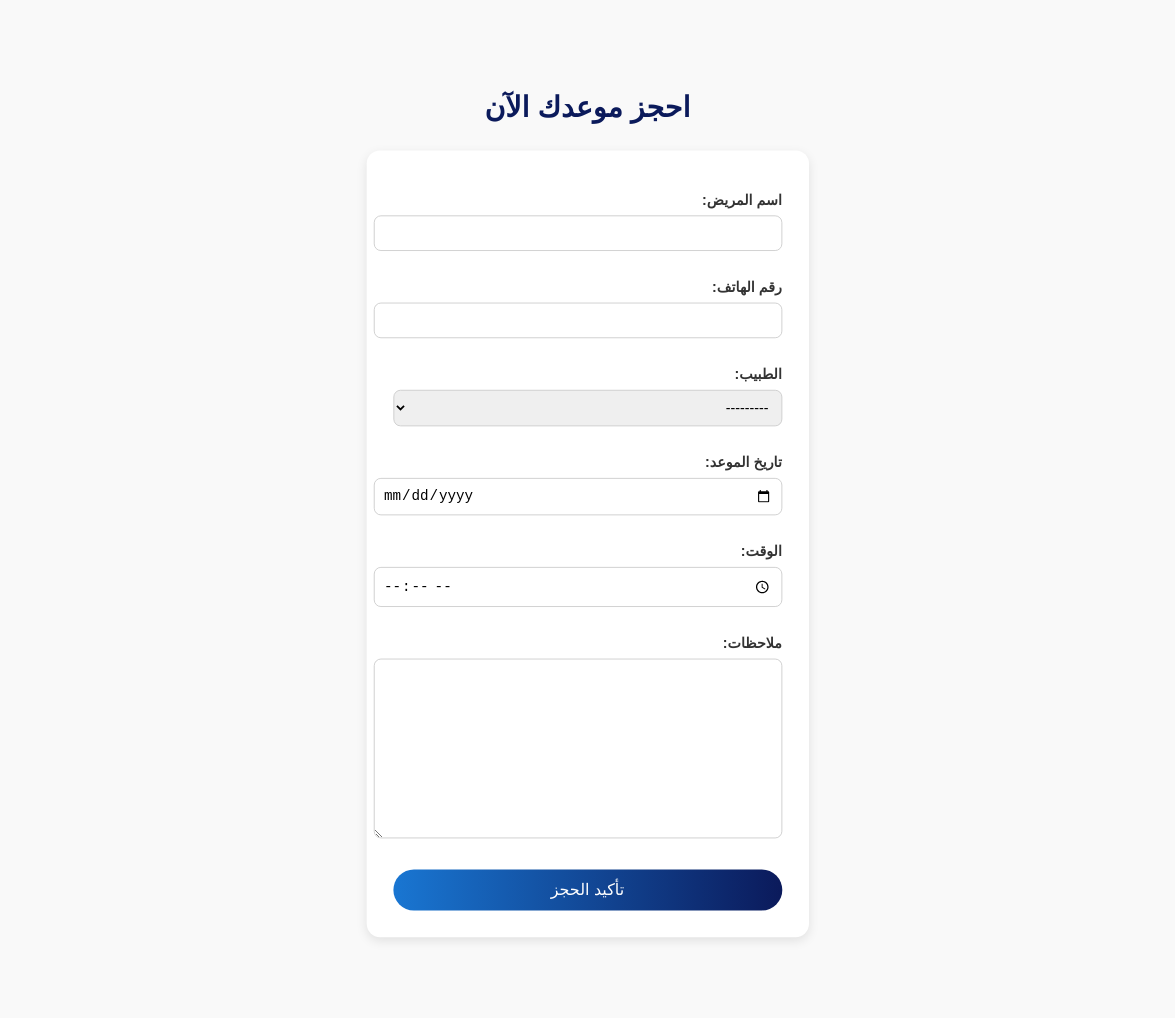
Repository: mysite4/s
Page: http://localhost/booking/?doctor=Reem
An editor plug-in stored every save of this project. The page is shown before and after the next save, followed by the edit.
The browser window is 1280 px wide. The page is 1320 px wide, then 1280 px, then 1320 px, so the pictures cover 1320 px, including what lies to the right of the window. The pictures show the whole page, at 89% of full size.
Some web fonts or font styles are not loaded; a fallback is used. The page is served by the project's application, run on Django 5.2 (manage.py). Other server files are loaded and not shown. The page reads the database file committed with the project.

Above is the page before, as saved 2025-10-25 16:16:29.

### main/templates/booking.html
{% load static %}
<!DOCTYPE html>
<html lang="ar" dir="rtl">
<head>
  <meta charset="UTF-8">
  <meta name="viewport" content="width=device-width, initial-scale=1.0">
  <title>احجز موعدك</title>
  <link href="https://fonts.googleapis.com/css2?family=Cairo:wght@200..1000&display=swap" rel="stylesheet">
  <link rel="stylesheet" href="{% static 'css/style.css' %}">
  <style>
    body {
      font-family: 'Cairo', sans-serif;
      background-color: #f9f9f9;
      text-align: center;
      padding: 80px 20px;
    }
    h1 {
      color: #0b1a5b;
      margin-bottom: 30px;
    }
    form {
      max-width: 500px;
      margin: 0 auto;
      background: #fff;
      padding: 30px;
      border-radius: 15px;
      box-shadow: 0 4px 12px rgba(0,0,0,0.1);
      text-align: right;
    }
    label {
      display: block;
      margin-bottom: 8px;
      font-weight: bold;
      color: #333;
    }
    input, select, textarea {
      width: 100%;
      padding: 10px;
      margin-bottom: 15px;
      border: 1px solid #ccc;
      border-radius: 8px;
      font-size: 16px;
    }
    button {
      background: linear-gradient(to right, #1976d2, #0b1a5b);
      color: white;
      padding: 12px 25px;
      border: none;
      border-radius: 30px;
      cursor: pointer;
      transition: 0.3s;
      font-size: 18px;
      width: 100%;
    }
    button:hover {
      background: linear-gradient(to right, #0b1a5b, #1976d2);
    }
  </style>
</head>
<body>

  <h1>احجز موعدك الآن</h1>
  <form method="POST">
    {% csrf_token %}
    {{ form.as_p }}
    <button type="submit">تأكيد الحجز</button>
  </form>

</body>
</html>

### main/forms.py
from django import forms
from .models import Appointment

class AppointmentForm(forms.ModelForm):
    class Meta:
        model = Appointment
        fields = ['name', 'phone', 'doctor', 'date', 'time', 'message']
        widgets = {
            'date': forms.DateInput(attrs={'type': 'date'}),
            'time': forms.TimeInput(attrs={'type': 'time'}),
        }

### main/models.py
from django.db import models

class Doctor(models.Model):
    name = models.CharField(max_length=100)
    specialty = models.CharField(max_length=100)

    def __str__(self):
        return f"{self.name} - {self.specialty}"


class Appointment(models.Model):
    name = models.CharField(max_length=100, verbose_name="اسم المريض")
    phone = models.CharField(max_length=20, verbose_name="رقم الهاتف")
    doctor = models.ForeignKey(Doctor, on_delete=models.CASCADE, verbose_name="الطبيب")
    date = models.DateField(verbose_name="تاريخ الموعد")
    time = models.TimeField(verbose_name="الوقت")
    message = models.TextField(blank=True, null=True, verbose_name="ملاحظات")

    def __str__(self):
        return f"موعد {self.name} مع {self.doctor.name} بتاريخ {self.date}"

### main/views.py
from django.shortcuts import render

def home(request):
    return render(request, 'home.html')
from django.shortcuts import render

def booking_page(request):
    return render(request, 'booking.html')
from django.shortcuts import render, redirect
from .forms import AppointmentForm

def booking_page(request):
    if request.method == 'POST':
        form = AppointmentForm(request.POST)
        if form.is_valid():
            form.save()
            return render(request, 'booking_success.html')
    else:
        form = AppointmentForm()
    return render(request, 'booking.html', {'form': form})

### mysite/urls.py
"""
URL configuration for mysite project.

The `urlpatterns` list routes URLs to views. For more information please see:
    https://docs.djangoproject.com/en/5.2/topics/http/urls/
Examples:
Function views
    1. Add an import:  from my_app import views
    2. Add a URL to urlpatterns:  path('', views.home, name='home')
Class-based views
    1. Add an import:  from other_app.views import Home
    2. Add a URL to urlpatterns:  path('', Home.as_view(), name='home')
Including another URLconf
    1. Import the include() function: from django.urls import include, path
    2. Add a URL to urlpatterns:  path('blog/', include('blog.urls'))
"""
from django.contrib import admin
from django.urls import path, include

urlpatterns = [
    path('admin/', admin.site.urls),
    path('', include('main.urls')),
]

### main/urls.py
from django.urls import path
from . import views

urlpatterns = [
    path('', views.home, name='home'),
    path('booking/', views.booking_page, name='booking_page'),
]

### main/static/css/style.css
/* إعدادات عامة */
html, body {
  margin: 0;
  padding: 0;
  width: 100%;
  min-height: 100%;
  font-family: 'Cairo', sans-serif;
  background-color: #f9f9f9;
  display: flex;
  flex-direction: column;
}

/* Navbar */
nav {
  width: 100%;
  background-color: #ffffff;
  box-shadow: 0 4px 8px rgba(0, 123, 255, 0.2);
  position: fixed;
  top: 0;
  z-index: 1000;
}

nav ul {
  display: flex;
  justify-content: center;
  list-style: none;
  margin: 0;
  padding: 0 30px;
}

nav ul li {
  margin: 0 15px;
}

nav ul li a {
  text-decoration: none;
  color: #007bff;
  font-weight: 600;
  padding: 15px 0;
  display: inline-block;
  transition: color 0.3s, border-bottom 0.3s;
}

nav ul li a:hover {
  color: #0056b3;
  border-bottom: 3px solid #007bff;
}

/* صورة شفافة أسفل النافبار */
.header-image {
  width: 100%;
  margin-top: 60px;
}

.header-image img {
  width: 100%;
  height: auto;
  display: block;
}

/* Header */
header {
  position: relative;
  width: 100%;
  min-height: 200px;
  overflow: hidden;
  background: linear-gradient(to left, #0b1a5b, #1976d2);
  display: flex;
  flex-direction: column;
  justify-content: center;
  align-items: center;
  padding: 20px 0 0 0;
}

.header-content {
  display: flex;
  flex-direction: row;
  justify-content: space-between;
  align-items: center;
  width: 100%;
  max-width: 1200px;
  padding: 20px 50px;
  margin-top: 5px;
}

.header-text {
  color: white;
  max-width: 50%;
  text-align: center;
  line-height: 1.4;
  padding: 40px;
}

.header-text h1 {
  font-size: 48px;
  margin: 0;
}

.header-text h3 {
  font-size: 24px;
  margin-top: 10px;
  color: rgba(255,255,255,0.8);
}

.header-icon img {
  width: 500px;
  height: auto;
  border-radius: 15px;
}

.about-section {
  max-width: 1200px;
  margin: 20px auto;
  text-align: center;
}

.about-section p {
  color: #447296;
}

.about-section h2 {
  font-size: 28px;
  margin-bottom: 30px;
  color: #0b1a5b;
}

.about-content {
  display: flex;
  justify-content: flex-start;
  align-items: center;
  gap: 20px;
  flex-wrap: wrap;
}

.about-text {
  flex: 1 1 55%;
  text-align: right;
  font-size: 16px;
  line-height: 1.6;
}

.about-image {
  flex: 1 1 40%;
  text-align: center;
}

.about-image img {
  width: 100%;
  max-width: 250px;
  height: auto;
  border-radius: 10px;
  border: 5px solid #083d75;
}

/* Media Queries للشاشات الصغيرة */
@media (max-width: 768px) {
  .about-content {
    flex-direction: column;
    gap: 15px;
  }

  .about-text, .about-image {
    flex: 1 1 100%;
    text-align: center;
  }

  .about-image img {
    max-width: 200px;
  }
}

/* قسم خدماتنا */
.services-section {
  max-width: 1200px;
  margin: 100px auto 50px auto;
  text-align: center;
}

.services-section h2 {
  font-size: 32px;
  margin-bottom: 30px;
  color: #0e173f;
}

.services-container {
  display: flex;
  flex-wrap: wrap;
  justify-content: space-between;
  gap: 20px;
}

.service-item {
  flex: 1 1 22%;
  text-align: center;
  margin-bottom: 30px;
}

.service-item img {
  width: 60px;
  height: 60px;
  margin-bottom: 10px;
}

.service-item p {
  font-size: 15px;
  color: #447296;
}

.service-item h3 {
  color: #0e173f;
}

main {
  flex: 1;
  padding: 30px 50px;
  margin-top: 20px;
}

/* Media Queries */
@media (max-width: 992px) {
  .header-content {
    flex-direction: column;
    text-align: center;
    padding: 0 20px;
  }

  .header-text {
    max-width: 100%;
    margin-bottom: 20px;
    text-align: center;
  }

  .header-icon img {
    width: 80%;
  }

  nav ul {
    justify-content: center;
  }

  .service-item {
    flex: 1 1 45%;
  }
}

@media (max-width: 600px) {
  .service-item {
    flex: 1 1 100%;
  }

  .about-section {
    flex-direction: column;
    align-items: center;
  }

  .about-text {
    text-align: center;
    padding-left: 0;
  }

  .about-image img {
    max-width: 200px;
  }
}

/* قسم الأطباء */
.doctors-section {
  padding: 60px 0;
  background: #fff;
}

.doctors-section h2 {
  color: #0b1a5b;
  margin-bottom: 10px;
  font-size: 28px;
  text-align: center;
}

.doctors-section .description {
  color: #555;
  max-width: 700px;
  margin: 0 auto 40px;
  line-height: 1.8;
  text-align: center;
}

.doctor-card {
  background: none;
  box-shadow: none;
  text-align: center;
  transition: transform 0.3s ease;
}

.doctor-card:hover {
  transform: translateY(-10px);
}

.doctor-img img {
  width: 160px;
  height: 160px;
  object-fit: cover;
  border-radius: 50%;
  margin-bottom: 10px;
  border: 3px solid #1976d2;
}

.doctor-name {
  font-weight: 600;
  color: #0b1a5b;
  font-size: 18px;
}

.doctor-info h3 {
  font-weight: 600;
  color: #0b1a5b;
  font-size: 18px;
  margin-bottom: 5px;
}

.doctor-info p {
  font-size: 14px;
  color: #447296;
  margin-bottom: 15px;
  line-height: 1.4;
}

.book-doctor-btn {
  display: inline-block;
  background: linear-gradient(to right, #1976d2, #0b1a5b);
  color: #fff;
  padding: 10px 25px;
  border-radius: 30px;
  text-decoration: none;
  font-size: 14px;
  font-weight: bold;
  transition: 0.3s ease;
}

.book-doctor-btn:hover {
  background: linear-gradient(to right, #0b1a5b, #1976d2);
  transform: scale(1.05);
}

.swiper-button-next, .swiper-button-prev {
  color: #1976d2;
  background: #fff;
  border-radius: 50%;
  box-shadow: 0 3px 10px rgba(0,0,0,0.2);
  width: 40px;
  height: 40px;
}

.swiper-button-next:hover, .swiper-button-prev:hover {
  background: #1976d2;
  color: #fff;
}

.swiper-button-next::after, .swiper-button-prev::after {
  font-size: 18px;
}

.team-gallery {
  padding: 50px 20px;
  background-color: #f8f9ff;
  text-align: center;
}

.team-gallery h2 {
  font-size: 2rem;
  margin-bottom: 30px;
  color: #0b1a5b;
}

.team-gallery p {
  font-size: 15px;
  margin-bottom: 30px;
  color: #447296;
}

.gallery-item {
  position: relative;
  overflow: hidden;
  border-radius: 12px;
  cursor: pointer;
  transition: transform 0.3s ease;
}

.gallery-item img {
  width: 100%;
  height: auto;
  display: block;
  transition: transform 0.5s ease;
}

.gallery-item:hover img {
  transform: scale(1.05);
}

.overlay {
  position: absolute;
  top: 0;
  left: 0;
  width: 100%;
  height: 100%;
  background-color: rgba(173, 216, 230, 0.6);
  opacity: 0;
  transition: opacity 0.3s ease;
  display: flex;
  align-items: center;
  justify-content: center;
  border-radius: 12px;
}

.overlay-text {
  color: #fff;
  font-size: 1rem;
  text-align: center;
  padding: 10px;
}

.gallery-item:hover .overlay {
  opacity: 1;
}

/* ====== Footer ====== */
footer {
  width: 100%;
  background: linear-gradient(to right, #0b1a5b, #1976d2);
  color: #fff;
  padding: 50px 20px 30px;
  text-align: center;
  font-family: 'Cairo', sans-serif;
  margin: 0;
  box-sizing: border-box;
  position: relative; /* يخليه في مكانه الطبيعي */
  bottom: 0; /* يلتصق بأسفل الصفحة عند الحاجة */
}


.footer-container {
  width: 100%;
  display: flex;
  flex-wrap: wrap;
  justify-content: space-evenly;
  align-items: flex-start;
  gap: 30px;
  margin: 0;
  padding: 0 20px;
}

.footer-col {
  flex: 1 1 250px;
  text-align: left;
  max-width: 300px;
}

.footer-col h3 {
  color: #fff;
  margin-bottom: 20px;
  font-size: 20px;
  border-bottom: 2px solid #fff;
  display: inline-block;
  padding-bottom: 5px;
}

.footer-col ul {
  list-style: none;
  padding: 0;
  margin: 0;
}

.footer-col ul li {
  margin: 10px 0;
}

.footer-col ul li a {
  color: rgba(255,255,255,0.9);
  text-decoration: none;
  transition: color 0.3s;
}

.footer-col ul li a:hover {
  color: #cce4ff;
}

.social-icons {
  display: flex;
  justify-content: center;
  gap: 15px;
  margin-top: 25px;
}

.social-icons a {
  color: #fff;
  font-size: 20px;
  border: 2px solid #fff;
  border-radius: 50%;
  padding: 8px;
  transition: 0.3s;
}

.social-icons a:hover {
  background-color: #fff;
  color: #0b1a5b;
  transform: scale(1.1);
}

.bottom-text {
  margin-top: 30px;
  font-size: 14px;
  color: rgba(255,255,255,0.7);
  width: 100%;
  background: rgba(0,0,0,0.1);
  padding: 10px 0;
}

@media (max-width: 768px) {
  .footer-container {
    flex-direction: column;
    text-align: center;
  }

  .footer-col {
    text-align: center;
  }
}

### db.sqlite3 (the tables this page reads, as SQL)
CREATE TABLE "main_doctor" ("id" integer NOT NULL PRIMARY KEY AUTOINCREMENT, "name" varchar(100) NOT NULL, "specialty" varchar(100) NOT NULL);
INSERT INTO "main_doctor" VALUES
(1, 'dr.ali ahmed', 'Dentistry'),
(2, 'dr.omer khalid', 'Dentistry'),
(3, 'dr.sara ali', 'Dentistry'),
(4, 'dr. nour alhadad', 'Dentistry');

After the next save:
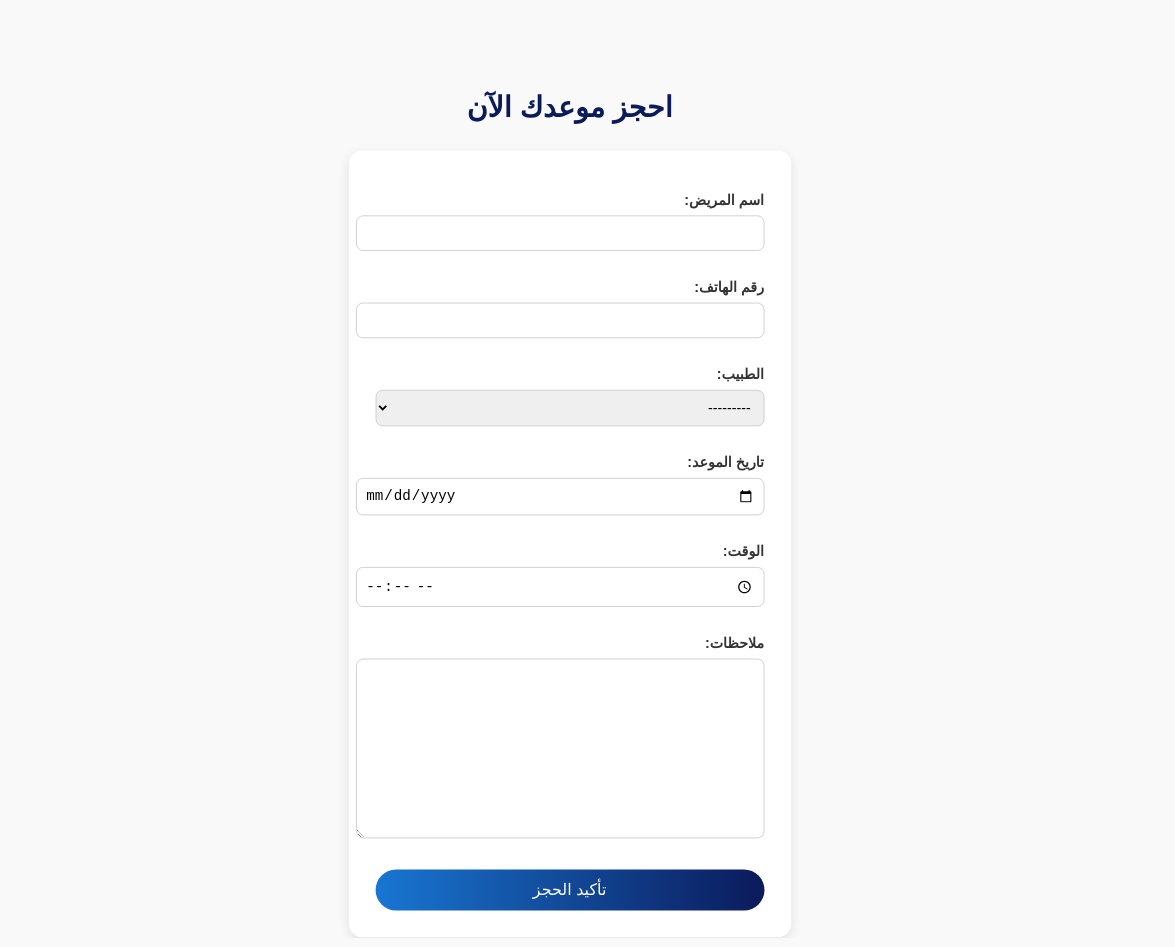
Saved 7 min 52 s later.
--- a/main/static/css/style.css
+++ b/main/static/css/style.css
@@ -423,6 +423,13 @@
 }
 
 /* ====== Footer ====== */
+html, body {
+  margin: 0;
+  padding: 0;
+  height: 100%;
+  box-sizing: border-box;
+}
+
 footer {
   width: 100%;
   background: linear-gradient(to right, #0b1a5b, #1976d2);
@@ -432,8 +439,6 @@
   font-family: 'Cairo', sans-serif;
   margin: 0;
   box-sizing: border-box;
-  position: relative; /* يخليه في مكانه الطبيعي */
-  bottom: 0; /* يلتصق بأسفل الصفحة عند الحاجة */
 }
 
 

After the save that followed:
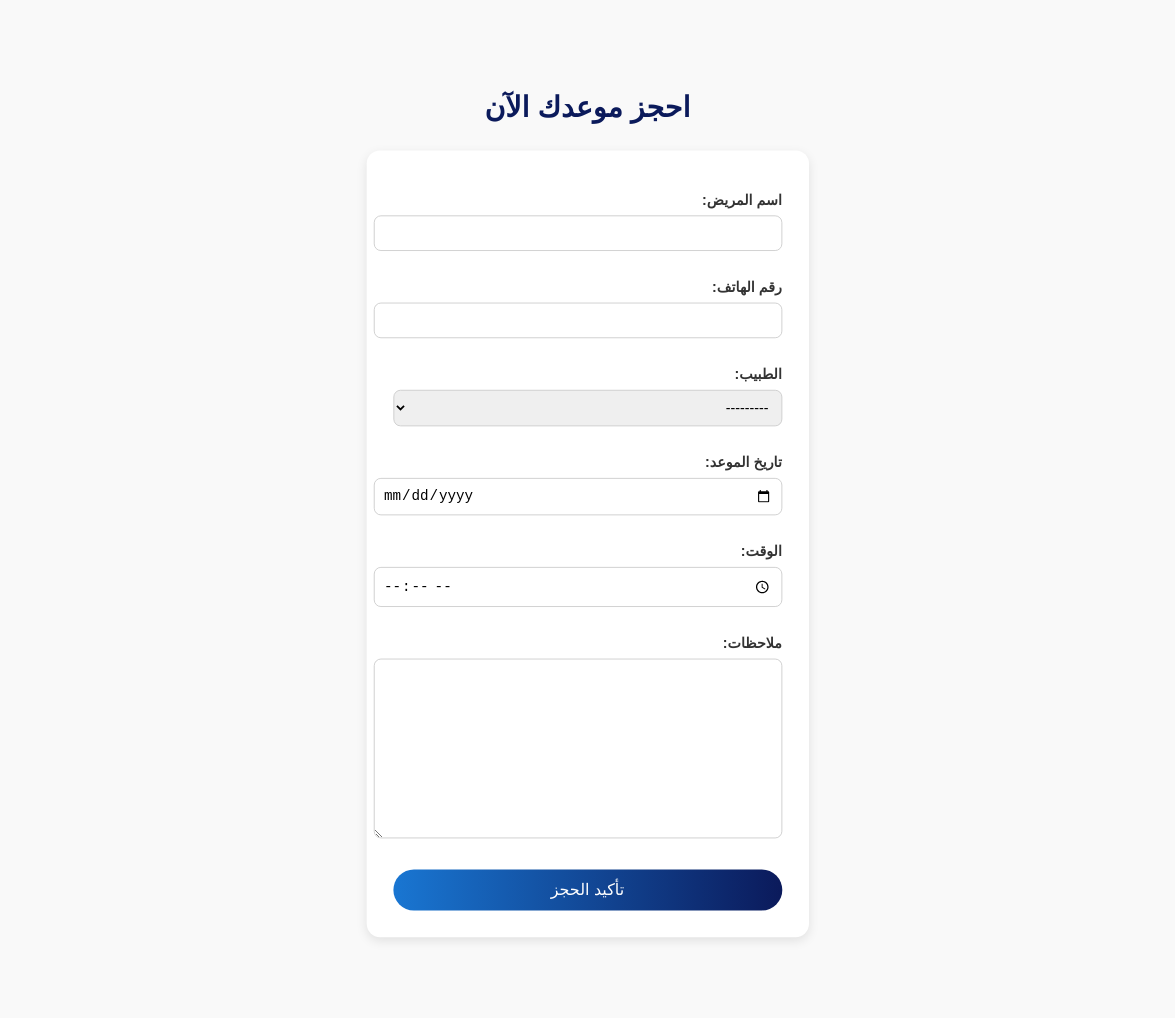
Saved 4 min 16 s later.
--- a/main/static/css/style.css
+++ b/main/static/css/style.css
@@ -423,13 +423,6 @@
 }
 
 /* ====== Footer ====== */
-html, body {
-  margin: 0;
-  padding: 0;
-  height: 100%;
-  box-sizing: border-box;
-}
-
 footer {
   width: 100%;
   background: linear-gradient(to right, #0b1a5b, #1976d2);
@@ -439,6 +432,8 @@
   font-family: 'Cairo', sans-serif;
   margin: 0;
   box-sizing: border-box;
+  position: relative; /* يخليه في مكانه الطبيعي */
+  bottom: 0; /* يلتصق بأسفل الصفحة عند الحاجة */
 }
 
 
